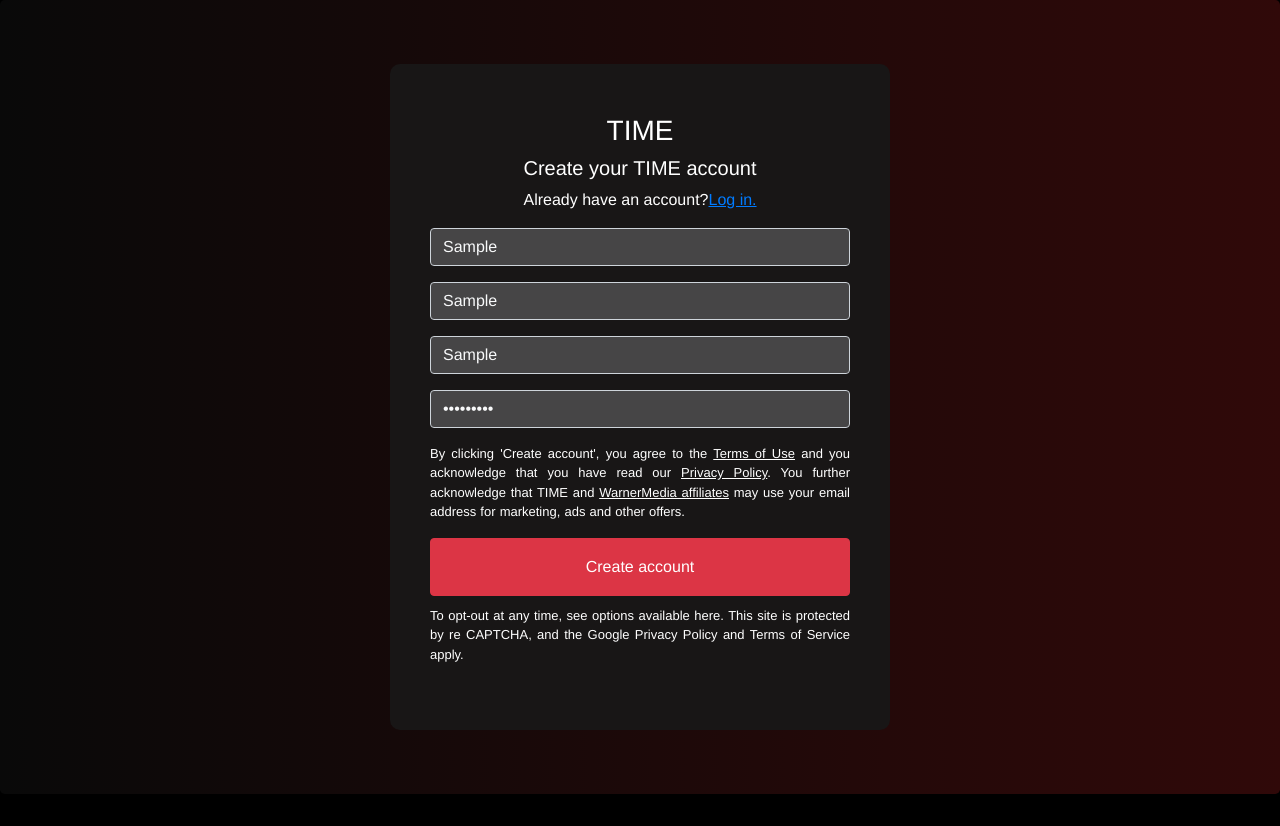
Repository: Vu14082002/WebTinTuc
Page: html/SignUp.html
The author's editor kept a copy of each file at every save. The page is drawn from the files as they stood at one save, then again after the next save.
The browser window is 1280 px wide. The pictures show the whole page.
Empty fields were first filled with sample values (such as "Sample", 5 or name@example.com).
After loading, the first visible `#FirstName` was changed once.
Some web libraries are served in a nearby version.

Above is the page before, as saved 2022-04-12 20:57:42.

### html/SignUp.html
<!DOCTYPE html>
<html lang="en">
<head>
    <meta charset="UTF-8">
    <meta http-equiv="X-UA-Compatible" content="IE=edge">
    <meta name="viewport" content="width=device-width, initial-scale=1.0">
    <title>Create a TIME account | TIME</title>
    <link
    rel="stylesheet"
    href="https://pro.fontawesome.com/releases/v5.10.0/css/all.css"
    integrity="sha384-AYmEC3Yw5cVb3ZcuHtOA93w35dYTsvhLPVnYs9eStHfGJvOvKxVfELGroGkvsg+p"
    crossorigin="anonymous"
  />
    <script src="../bootstrap-4/js/jquery-3.6.0.min.js"></script>
    <script src="../bootstrap-4/js/bootstrap.min.js"></script>
    <link rel="stylesheet" href="../bootstrap-4/css/bootstrap.min.css">
    <link rel="stylesheet" href="../css/index_Footer.css">
    <link rel="stylesheet" href="../css/init.css">
    <link rel="stylesheet" href="../css/index_Header.css">
    <link rel="stylesheet" href="../css/login.css">
    <link rel="stylesheet" href="../css/SignUP.css">
    <link rel="icon" href="../Image/logo.png" type="image/gif" sizes="16x16">
</head>
<body>
    <div class="container-fluid jumbotron">
        <div class="box text-center">
            <h3>TIME</h3>
            <h5>Create your TIME account</h5>
            <p>Already have an account?<a href="../html/login.html">Log in.</a></p>
            <div class="form-group ">
                <input type="text" id="FirstName" placeholder="Firs tName*  " class="form-control  text-light " onchange="checkFirstName()"  required >
                <p class="text-left mt-1">
                    <span id="checkFirstName"  class="checkLogin text-left text-right mb-2 text-danger" ></span>
                </p>
                <input type="text" id="LasttName" placeholder="Last Name* " class="form-control  text-light " onchange="checkLastNamName()"  required >
                <p class="text-left mt-1">
                    <span id="checkLastName"  class="checkLogin text-left text-right mb-2 text-danger" ></span>
                </p>
                <input type="text" id="email" placeholder="Email address* " onchange="checkPass()" class="form-control  text-light "  required >
                <p class="text-left mt-1">
                    <span id="checkEmail"  class="checkLogin text-left text-right mb-2 text-danger" ><span>
                </p>
                <input type="password" id="pass"  placeholder="Password*" class="form-control text-light" onchange="checkPass()" required>
                <p class="text-left mt-1">
                    <span id="checkPass"  class="checkLogin text-left text-right mb-2 text-danger" ><span>
                </p>
                <p class=" text-justify">
                    By clicking 'Create account', you agree to the <a  class="theA" href="../html/TermsOfuse.html">Terms of Use</a> and you acknowledge that you have read our
                    <a  class="theA" href="https://www.warnermediaprivacy.com/policycenter/b2c/affiliateslist/">Privacy Policy</a>. You further acknowledge that TIME and <a  class="theA" href="../html/TermsOfuse.html">WarnerMedia affiliates</a> may use your email address for marketing,
                    ads and other offers.
                </p>
                <a href="../html/login.html"><button type="button" class="btn btn-danger w-100 p-3">Create account</button>  </a>
                <p class=" text-justify rieng">
                    To opt-out at any time, see options available here. This site is protected by re CAPTCHA, and the Google Privacy Policy and Terms of Service apply.
                </p>
            </div>

        </div>

    </div>
    <script src="../js/signup.js"></script>
</body>
</html>

### css/index_Footer.css
footer {
    width: 100%;
    background-color: black;
}
.main{
    width: 85%;
    margin: 0 auto;
}
.main__top__search {
    padding-top: 60px;
    width: 100%;
}
.main__top__search >input {
    width: 100%;
    height: 35px;
    padding: 0 8px;
    border-radius: 3px ;
    outline: none;
}
.main__top__search1{
    display: flex;
    flex-direction: row-reverse;
    margin-top: -25px;
    margin-right: 10px;
    font-weight: bold;
    color: rgba(103, 85, 76,1);
    cursor: pointer;
}
.main__mid{
    margin: 35px 0px;
    margin-bottom: 40px;
}
.main__mid {
    display: flex;
    flex-wrap: wrap;
}
.main__mid > div {
    width: calc(100%/7);
    font-size: 14px;
    color: white;
    margin-bottom: 20px;

}
.main__mid > div  a {
    color: rgb(230 230 230);
    display: inline-block;
    margin-bottom: 8px;
}
.main__mid > div  > a {
    font-size: 16px;
    font-weight: 700;
    transition: 0.3s;
}
.main__mid > div  a:hover {
    text-decoration: underline;
    color: white;
}
.main__bottom {
    border-top: 1px solid rgb(230, 230, 230);
    display: flex;
    flex-direction: row-reverse;
    padding: 40px 0px;
}
.main__bottom > div > a, .main__bottom > div{
    width: 3%;
    max-width: 15%;
    margin: 5px;
    font-size: 25px;
    color: rgb(230, 230, 230)
}
.main__bottom > div >a :hover{
    color: white;
}
.main__bottom > div:last-child{
    font-weight: bold;
    font-size: 20px;
    text-align: center;
    width: 20%;
    margin-right: 10px;
    border-right: 1px solid rgb(230, 230, 230) ;
}

### css/init.css
* {
    font-family: Helvetica, Helvetica, Arial, sans-serif;
    box-sizing: border-box;
    list-style-type: none;
    margin: 0;
    padding: 0;
    text-decoration:  none;
    box-sizing: border-box;
  }
  a{
    text-decoration: none !important;
  }

### css/index_Header.css
/* HEADER */
header{
    position: sticky; top: 0;
    z-index: 100;
}
.gif {
  background-color: #262626;
  width: 100%;
  height: 300px;
  padding: 25px;
  text-align: center;
  margin-top: 0px;

}
 .gif > img {
    display: inline-block;
    margin: 0 auto;
}
header > section {
  border-bottom: 1px solid rgb(230 230 230);

  width: 100%;
  background-color: #0c0c0c;
  display: flex;
  height: 56px;
}
header > section > nav {
    display: flex;
    /* border-bottom: 1px solid white; */
    width: 85%;
    margin:0  auto ;

}
header > section > nav > ul:first-child{
    width: 80%;
    display: flex;
}
header > section > nav > ul:last-child{
    display: flex;
    flex-direction:  row-reverse;
    width: 20%;
}

header > section > nav> ul > li{
    max-width: 300px;
}
/* paddingMenu */
header > section > nav> ul> li:first-child{
    background: #CC0000;
    padding-bottom: 55px;
}
header > section > nav> ul > li > a {
    font-size: 16px;
    text-decoration:  none;
    display: block;
    padding: 18px;
    color: #e4dfd7;
}
header > section > nav> ul > li:first-child > a{
    color: white;
}
header > section > nav> ul > li > a:hover{
    color: white;
}
.tieude{
    overflow: hidden;
}

### css/login.css
body{
    background-color: black;
}
.container-fluid{
    background-image: linear-gradient(to right, #090909 , #300909);
    border-radius: none;
}
.box{
    width: 500px;
    margin: 0 auto;
    background-color: #181616;
    padding: 50px 40px;
        color: white;
    border-radius: 10px;
}
.box input[type="text"],.box input[type="password"]{
    background-color: #464546;
}
.checkLogin{
    color: rgb(207, 90, 90);
}
.box ::placeholder {
    font-weight: 700;
    color: #fafdfd;
    opacity: 1; /* Firefox */
}
.box  :-ms-input-placeholder { /* Internet Explorer 10-11 */
    color: #fafdfd;
}
.box ::-ms-input-placeholder { /* Microsoft Edge */
    color: #fafdfd;
}
.box input:focus{
    color: #fafdfd;
}
.search{
    margin-top: -3px;
}
button > a{
    text-decoration: none;
    color: white;
}
.theA{
    color: white;
    text-decoration:underline;
}
.theA:hover{
    color: #d7d8d8;
}
.text-justify{
    font-size: 13px;
    word-spacing: 0.5px;
}
.rieng{
    margin-top: 10px;

}

### css/SignUP.css
a{
    text-decoration: underline !important;
}

### js/signup.js
function checkFirstName() {
    var d = document.getElementById("FirstName").value
    var pt=/^[A-Z][a-z]+(\s[A-Z][a-z])*$/
    if(d.trim()==""){
        document.getElementById("checkFirstName").innerHTML="First name is required"
        return;
    }
    if(pt.test(d)){
        document.getElementById("checkFirstName").innerHTML=""
        return;
    }
        document.getElementById("checkFirstName").innerHTML="First Name begin Uppercharacter"
        return;
}
function checkLastNamName() {
    var d = document.getElementById("LasttName").value
    var pt=/^[A-Z][a-z]+(\s[A-Z][a-z])*$/
    if(d.trim()==""){
        document.getElementById("checkLastName").innerHTML="Last name is required"
        return;
    }
    if(pt.test(d)){
        document.getElementById("checkLastName").innerHTML=""
        return;
    }
        document.getElementById("checkLastName").innerHTML="First Name begin Uppercharacter"
        return;
}
function checkEmail() {
    var d = document.getElementById("email").value
    var pt=/^[A-Za-z]\w+@(e|g)mail.com$/
    if(d.trim()==""){
        document.getElementById("checkEmail").innerHTML="Email is required"
        return;
    }
    if(pt.test(d)){
        document.getElementById("checkEmail").innerHTML=""
        return;
    }
        document.getElementById("checkEmail").innerHTML="EX: nguyenxxx@gmail.com"
        return;
}
function checkPass() {
    var d = document.getElementById("pass").value
    var pt=/^\w{6,}$/
    if(d.trim()==""){
        document.getElementById("checkPass").innerHTML="PassWord is required"
        return;
    }
    if(pt.test(d)){
        document.getElementById("checkPass").innerHTML=""
        return;
    }
        document.getElementById("checkPass").innerHTML="PassWord don't less 6 character"
        return;
}

Loaded but not shown: bootstrap-4/js/jquery-3.6.0.min.js (library); bootstrap-4/js/bootstrap.min.js (library); bootstrap-4/css/bootstrap.min.css (library)

After the next save:
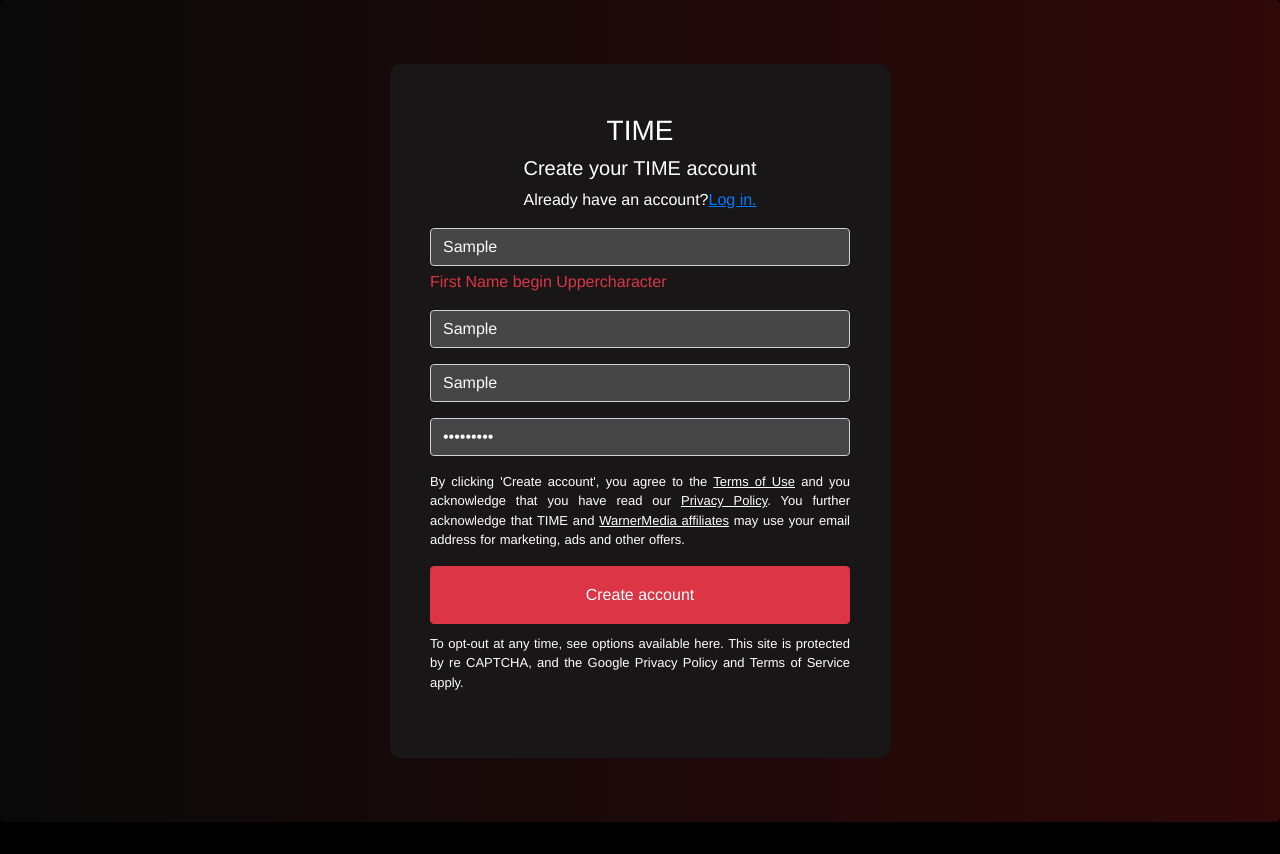
Saved 34 s later.
--- a/js/signup.js
+++ b/js/signup.js
@@ -1,6 +1,6 @@
 function checkFirstName() {
     var d = document.getElementById("FirstName").value
-    var pt=/^[A-Z][a-z]+(\s[A-Z][a-z])*$/
+    var pt=/^[A-Z]{}[a-z]+(\s[A-Z][a-z])*$/
     if(d.trim()==""){
         document.getElementById("checkFirstName").innerHTML="First name is required"
         return;

After the 2 saves that followed:
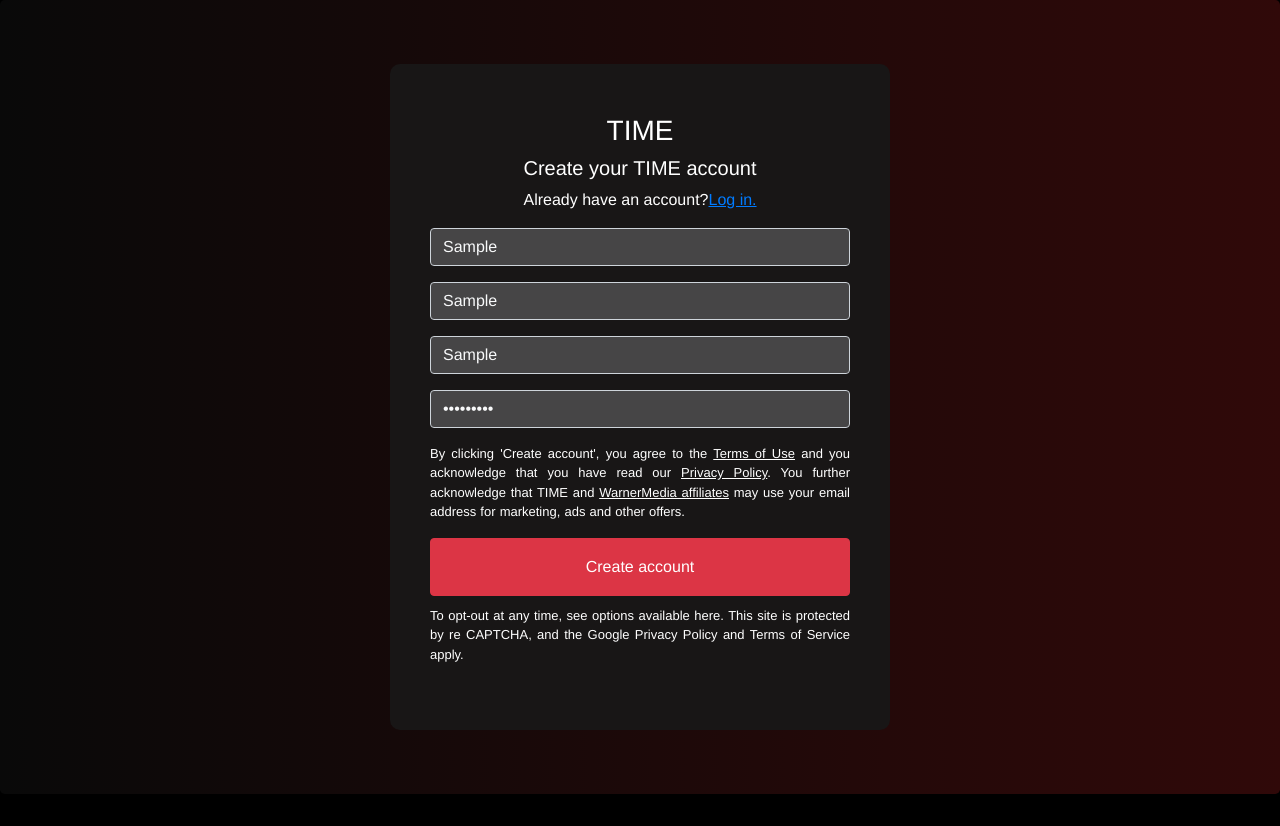
The 2 saves are shown as one change because they came seconds apart.
The last was saved 18 s later.
--- a/js/signup.js
+++ b/js/signup.js
@@ -1,6 +1,6 @@
 function checkFirstName() {
     var d = document.getElementById("FirstName").value
-    var pt=/^[A-Z]{}[a-z]+(\s[A-Z][a-z])*$/
+    var pt=/^[A-Z]{1,2}[a-z]+(\s[A-Z][a-z])*$/
     if(d.trim()==""){
         document.getElementById("checkFirstName").innerHTML="First name is required"
         return;
